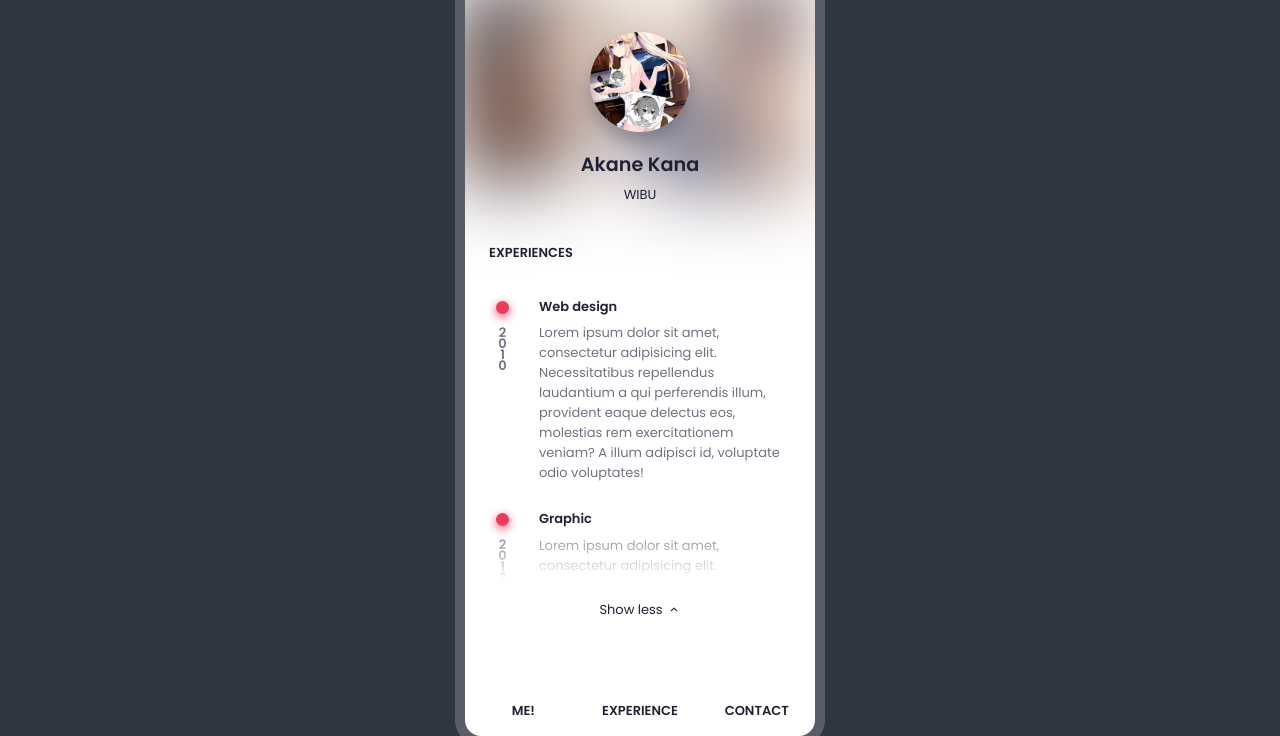
Repository: AkaneKana/AkaneKana
Page: index.html
The author's editor kept a copy of each file at every save. The page is drawn from the files as they stood at one save, then again after a run of saves.
The browser window is 1280 px wide. The pictures show the whole page.
The first `.card .roadmap input` is checked.
Some web libraries are served in a nearby version.

Above is the page before, as saved 2023-05-19 16:53:55.

After the next 2 saves:
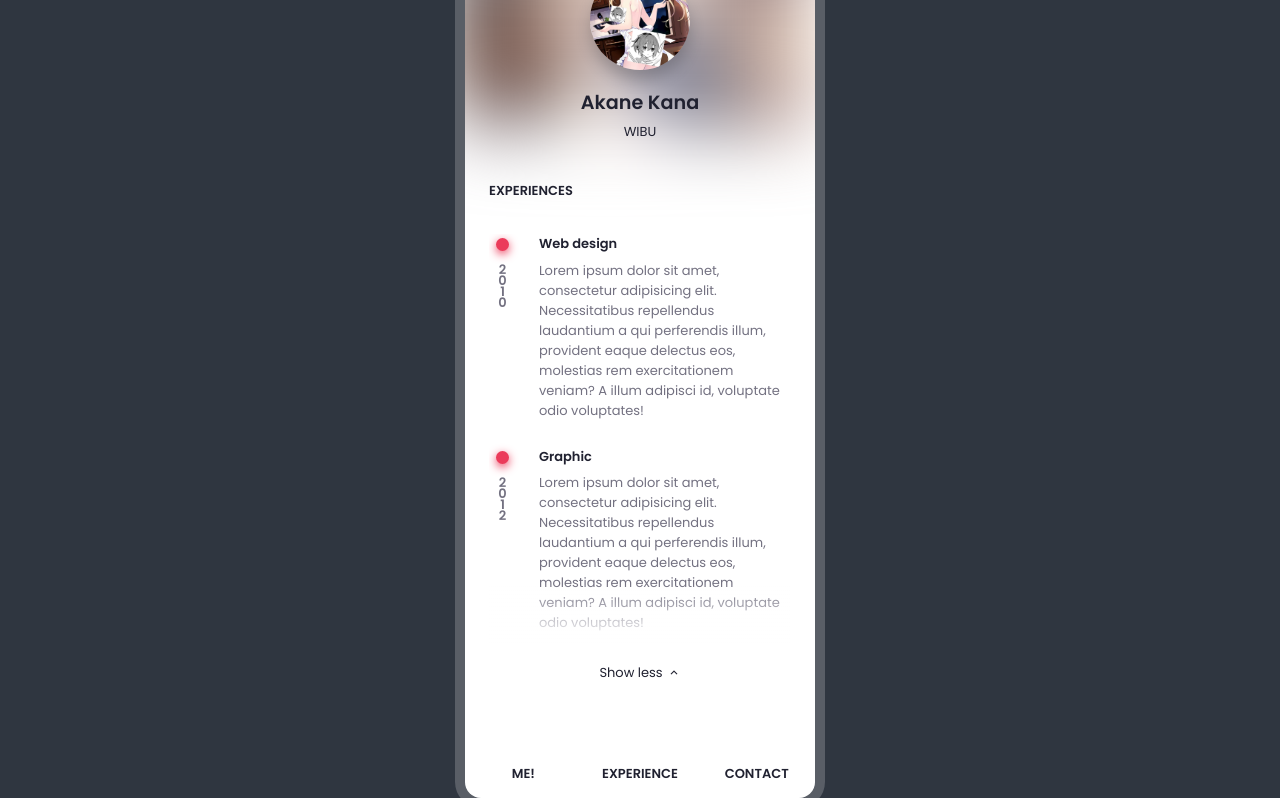
The 2 saves are shown as one change because they came seconds apart.
The last was saved 5 s later.
--- a/style.css
+++ b/style.css
@@ -319,5 +319,6 @@ section > div.active {
 
 .card .roadmap input:checked ~ ul {
   overflow: auto;
-  height: ;
-}
+  height: 450px;
+  pad
+}
